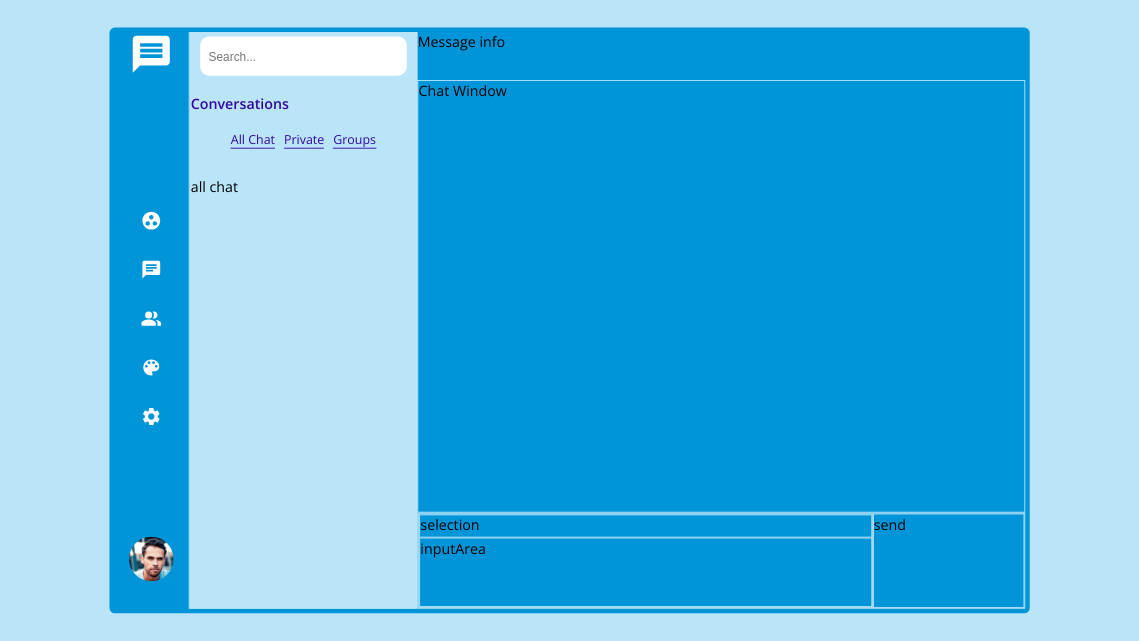
Repository: arafat877/super-chat
Page: /
An editor plug-in stored every save of this project. The page is shown before and after the next save, followed by the edit.
The browser window is 1280 px wide. The pictures show the whole page, at 89% of full size.
The project was rebuilt for these pictures with package versions that can differ from the ones it lists, and the page was loaded fresh each time.

Above is the page before, as saved 2020-08-05 00:18:20.

### public/index.html
<!DOCTYPE html>
<html lang="en">
  <head>
    <meta charset="utf-8" />
    <meta name="viewport" content="width=device-width, initial-scale=1" />
    <meta name="theme-color" content="#000000" />
    <meta
      name="description"
      content="Chat application with node.js, express, react.js, mongoDb and socket.io"
    />
    <link rel="stylesheet" href="styles.css">
    <link href="https://fonts.googleapis.com/css2?family=Open+Sans:wght@300;400;600;700;800&display=swap" rel="stylesheet">

    <title>Super Chat</title>
  </head>
  <body>
    <noscript>You need to enable JavaScript to run this app.</noscript>
    <div id="root"></div>
  </body>
</html>

### src/App.js
import React from "react";
import "./App.scss";
import logo from "./assets/logo.png";
import {
  Message,
  GroupWork,
  Chat,
  Palette,
  Settings,
  PeopleAlt,
} from "@material-ui/icons";

function App() {
  return (
    <div className="appContainer">
      <div className="appWrapper">
        <div className="mainColumn">
          <div className="mcLogo">
            <Message className="logo"/>
          </div>
          <div className="mcList">
            <ul className="mainList">
              <li className="mainListItem">
                <GroupWork className="listItemIcon" />
              </li>
              <li className="mainListItem">
                <Chat className="listItemIcon" />
              </li>
              <li className="mainListItem">
                <PeopleAlt className="listItemIcon" />
              </li>
              <li className="mainListItem">
                <Palette className="listItemIcon" />
              </li>
              <li className="mainListItem">
                <Settings className="listItemIcon" />
              </li>
            </ul>
          </div>
          <div className="mcPhoto">
            <img
              className="profilePicture"
              src={require("./assets/m1.jpeg")}
              alt="Profile"
            />
          </div>
        </div>
        <div className="conversationsColumn">
          <div className="ccSearch">
            <input className="searchInput" placeholder="  Search..."/>
          </div>
          <div className="ccTitle">
            <span className="ccTitleSpan">Conversations</span>
          </div>
          <div className="ccSelection">
            <ul className="ccSelectionList">
              <li className="ccSelectionListItem">All Chat</li>
              <li className="ccSelectionListItem">Private</li>
              <li className="ccSelectionListItem">Groups</li>
            </ul>
          </div>
          <div className="ccAllChat">all chat</div>
          {/* <div className="ccPrivate">private</div>
          <div className="ccGroups">groups</div> */}
        </div>
        <div className="messagesColumn">
          <div className="mecInfo">Message info</div>
          <div className="mecWindow">Chat Window</div>
          <div className="mecInput">
            <div className="inputColumn">
              <div className="inputSelection">selection</div>
              <div className="inputArea">inputArea</div>
            </div>
            <div className="inputSend">send</div>
          </div>
        </div>
      </div>
    </div>
  );
}

export default App;

### src/App.scss
:root {
  --main-bg-light: rgb(186, 228, 248);
  --main-bg-dark: rgb(32, 55, 66);
  --main-bg-hot: rgb(204, 98, 79);
  --main-bg-sweet: rgb(198, 255, 164);

  --wrapper-bg-light: rgb(0, 148, 216);
}

.appContainer {
  height: 100vh;
  background-color: var(--main-bg-light);
  display: flex;
  font-family: 'Open Sans', sans-serif;


  .appWrapper {
    height: 90vh;
    width: 80vw;
    background-color: var(--wrapper-bg-light);
    border-radius: 6px;
    border: solid thick var(--wrapper-bg-light);
    margin: auto;
    display: grid;
    grid-template-columns: repeat(12, 1fr);

    .mainColumn {
      border-right: solid thin var(--main-bg-light);
      grid-column-start: 1;
      grid-column-end: 2;
      display: grid;
      grid-template-rows: repeat(12, 1fr);
      text-align: center;

      .mcLogo {
        grid-row-start: 1;
        grid-row-end: 3;

        .logo {
          height: 50px;
          width: 50px;
          color: white;
        }
      }

      .mcList {
        grid-row-start: 3;
        grid-row-end: 11;
        display: flex;

        .mainList {
          list-style: none;
          margin: auto;
          padding: 0px;

          .mainListItem {
            color: white;

            .listItemIcon{
              height: 50px;
            }
          }
        }
      }

      .mcPhoto {
        grid-row-start: 11;
        grid-row-end: 13;
        margin: auto;

        .profilePicture{
          height: 50px;
          width: 50px;
          border-radius: 50%;
          object-fit: cover;
        }
      }
    }

    .conversationsColumn {
      border-right: solid thin var(--main-bg-light);
      grid-column-start: 2;
      grid-column-end: 5;
      display: grid;
      grid-template-rows: repeat(12, 1fr);
      background-color: rgb(186, 228, 248);

      .ccSearch {
        border: solid thin var(--main-bg-light); //temporary
        grid-row-start: 1;
        grid-row-end: 2;
        text-align: center;
        display: flex;

        .searchInput{
          margin: auto;
          border: none;
          width: 90%;
          height: 80%;
          border-radius: 10px;

          &:focus{
            outline: none;
          }
        }
      }

      .ccTitle {
        border: solid thin var(--main-bg-light); //temporary
        grid-row-start: 2;
        grid-row-end: 3;
        display: flex;

        .ccTitleSpan{
          margin-top: auto;
          margin-bottom: auto;
          font-weight: 600;
          color: rgb(52, 7, 158);
        }
      }

      .ccSelection {
        border: solid thin var(--main-bg-light); //temporary
        grid-row-start: 3;
        grid-row-end: 4;

        .ccSelectionList{
          list-style:none;
          margin-top: auto;

          .ccSelectionListItem{
            display: inline;
            margin: 5px;
            font-size: 14px;
            font-weight: 300;
            border-bottom: solid thin;
            color: rgb(52, 7, 158);
          }
        }
      }
      .ccAllChat {
        border: solid thin var(--main-bg-light); //temporary
        grid-row-start: 4;
        grid-row-end: 13;
      }
    }
    .messagesColumn {
      grid-column-start: 5;
      grid-column-end: 13;
      display: grid;
      grid-template-rows: repeat(12, 1fr);

      .mecInfo {
        grid-row-start: 1;
        grid-row-end: 2;
      }
      .mecWindow {
        border: solid thin var(--main-bg-light); //temporary
        grid-row-start: 2;
        grid-row-end: 11;
      }
      .mecInput {
        border: solid thin var(--main-bg-light); //temporary
        grid-row-start: 11;
        grid-row-end: 13;
        display: grid;
        grid-template-columns: repeat(12, 1fr);

        .inputColumn {
          border: solid thin var(--main-bg-light); //temporary
          grid-column-start: 1;
          grid-column-end: 10;
          display: grid;
          grid-template-rows: repeat(12, 1fr);

          .inputSelection {
            border: solid thin var(--main-bg-light); //temporary
            grid-row-start: 1;
            grid-row-end: 4;
          }
          .inputArea {
            border: solid thin var(--main-bg-light); //temporary
            grid-row-start: 4;
            grid-row-end: 13;
          }
        }

        .inputSend {
          border: solid thin var(--main-bg-light); //temporary
          grid-column-start: 10;
          grid-column-end: 13;
        }
      }
    }
  }
}

Loaded but not shown: src/index.js (common file); public/styles.css (common file)

After the next save:
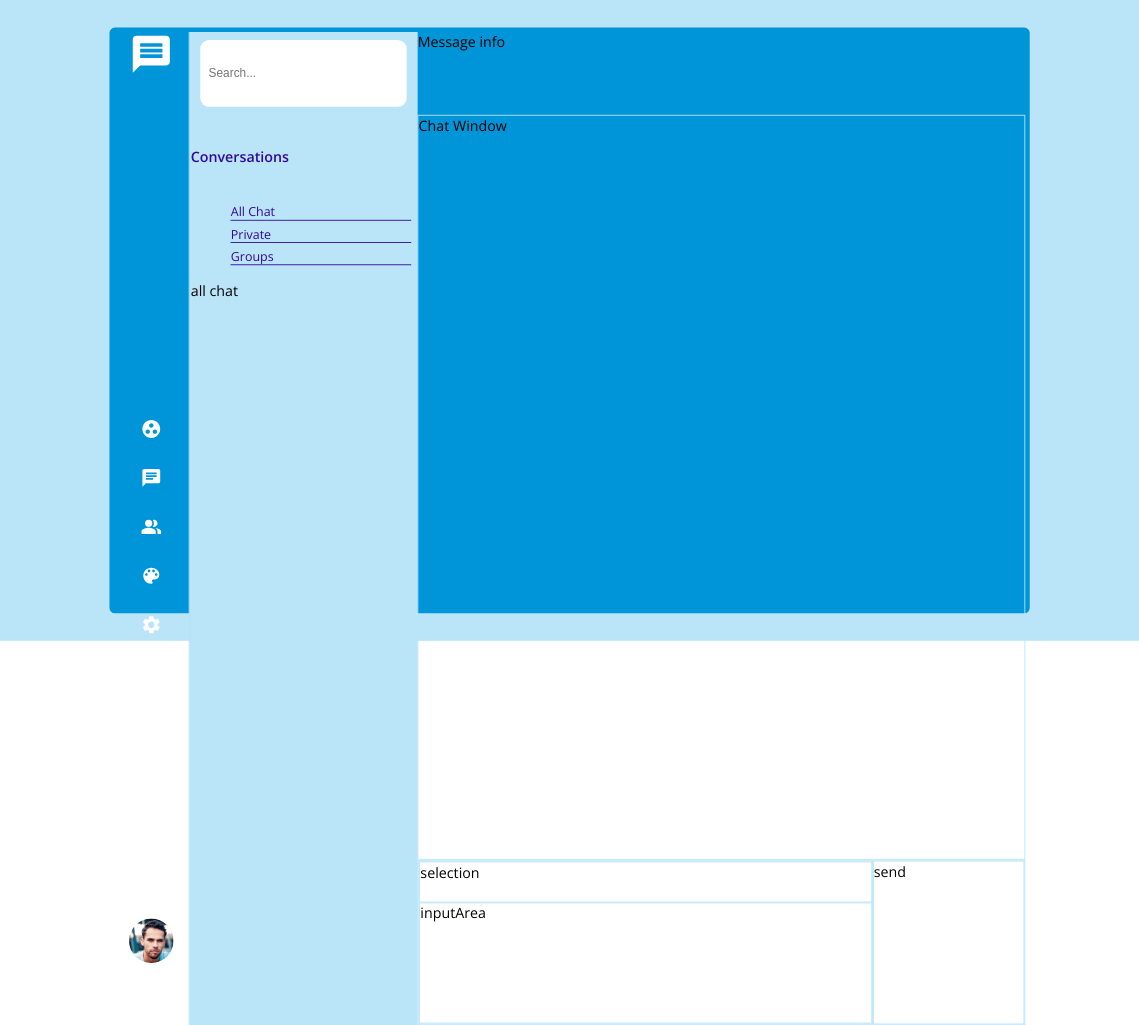
Saved 28 s later.
--- a/src/App.scss
+++ b/src/App.scss
@@ -129,7 +129,6 @@
           margin-top: auto;
 
           .ccSelectionListItem{
-            display: inline;
             margin: 5px;
             font-size: 14px;
             font-weight: 300;

After the save that followed:
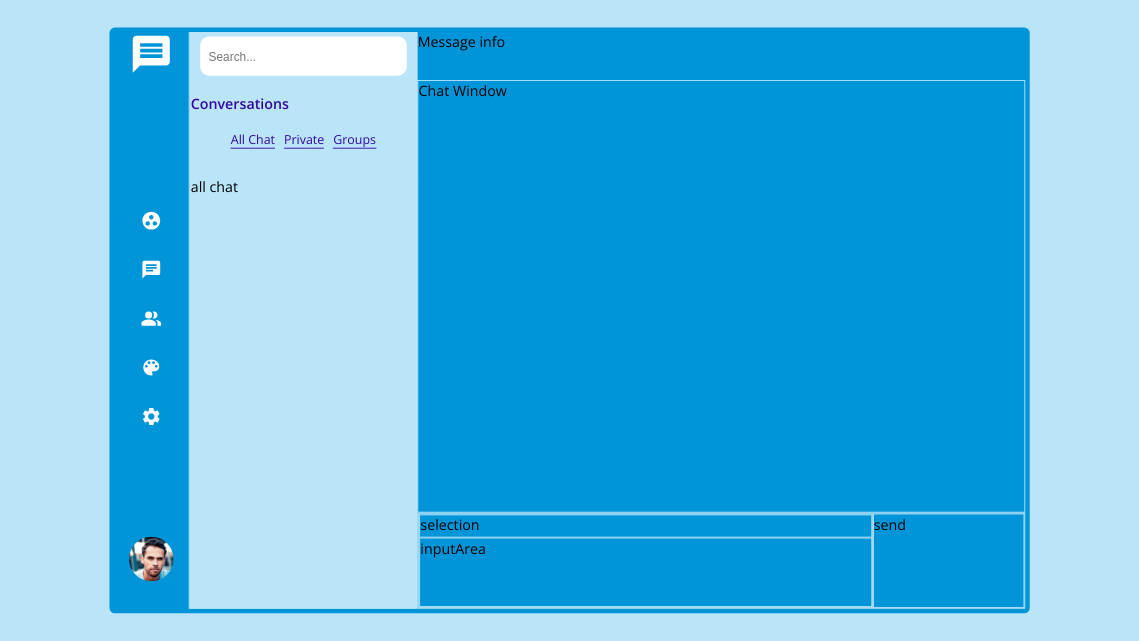
Saved 7 s later.
--- a/src/App.scss
+++ b/src/App.scss
@@ -129,6 +129,7 @@
           margin-top: auto;
 
           .ccSelectionListItem{
+            display: inline;
             margin: 5px;
             font-size: 14px;
             font-weight: 300;
